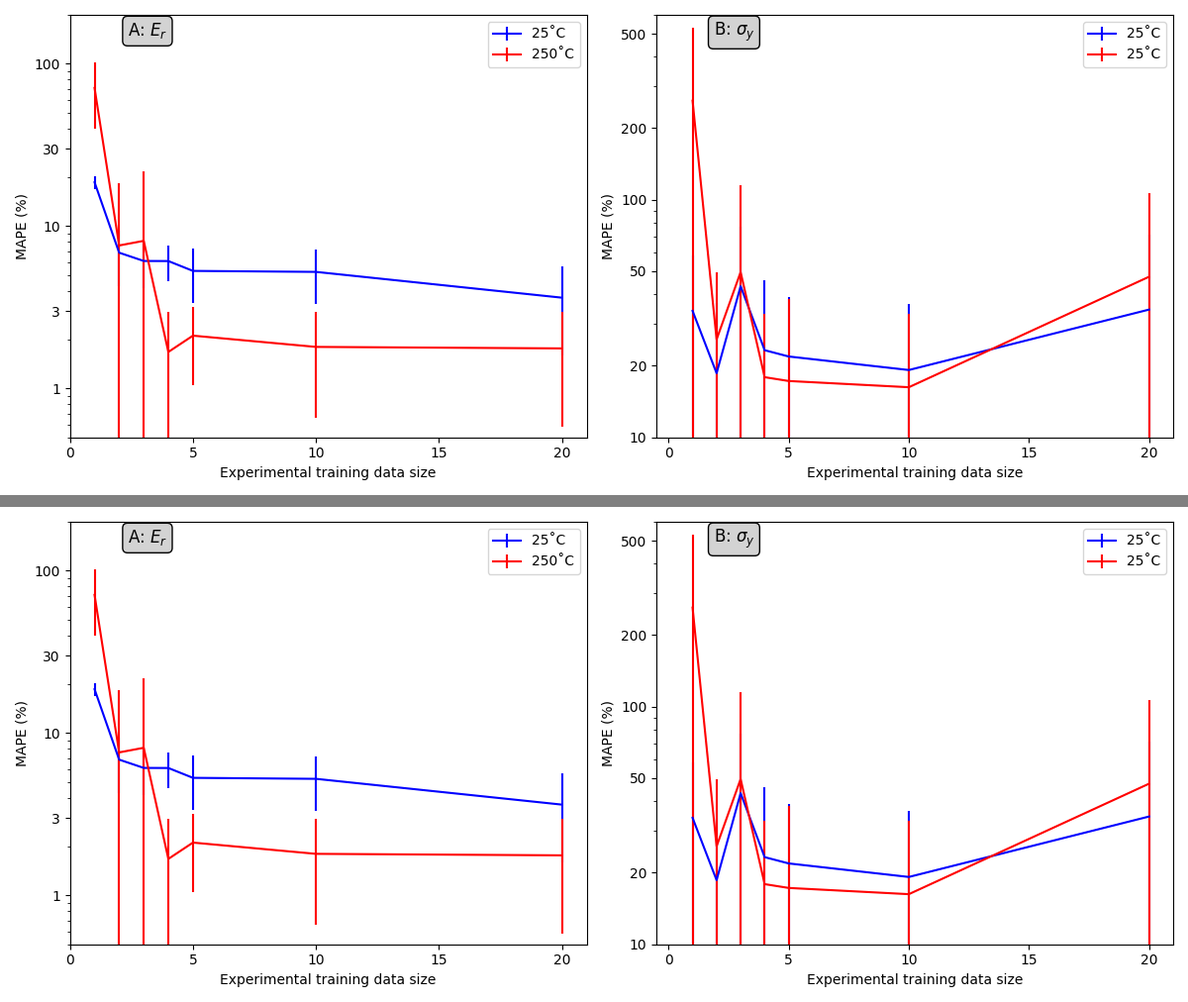
Repository: JoeSpencer1/temperature-dependant
Script's output: python src/figures.py
An editor plug-in stored every save of this project. The script's output is shown before and after the next save, followed by the edit.
The pictures are shown at 99% of full size.
Each picture stacks the figures in order, with grey between them; figures that are only written to a file come last. Random numbers start from a fixed seed.

Above is the script's output before, as saved 2023-10-29 15:25:11.

### src/figures.py
import matplotlib.pyplot as plt

n = [1, 2, 3, 4, 5, 10, 20]
n1 = n
# 25˚C
Ti25E = [18.619205, 6.8593493, 6.0983825, 6.091887, 5.298505, 5.2244196, 3.6239312]
εTi25E = [1.6743975, 2.5646875, 1.9379541, 1.4813129, 1.9537387, 1.9212662, 2.01604]
Ti25σ = [34.068943, 18.617916, 43.272, 23.271488, 21.895184, 19.204937, 34.49958]
εTi25σ = [24.325975, 18.127224, 33.714092, 22.803173, 17.10482, 17.321714, 36.6192]
# 250˚C
Ti250E = [70.95709, 7.5985556, 8.114405, 1.6784289, 2.1151547, 1.8030748, 1.7651669]
εTi250E = [31.052818, 10.786752, 13.492649, 1.3040054, 1.0622171, 1.1414853, 1.182222]
Ti250σ = [261.21823, 25.825928, 49.60928, 17.916042, 17.266216, 16.254345, 47.430775]
εTi250σ = [270.2345, 23.495884, 65.91791, 15.266485, 21.114838, 16.953184, 59.20635]
# 500˚C/250˚C
Ti500E = [46.683464, 38.522774, 24.701038, 22.080563, 22.1474, 21.659185, 16.620623]
εTi500E = [6.765701, 10.513843, 11.301726, 10.384357, 9.72246, 11.2682905, 11.029994]
Ti500σ = [84.67531, 105.72215, 45.78838, 69.46997, 60.99529, 55.9422, 49.83204]
εTi500σ = [46.46603, 74.18298, 39.670254, 57.913757, 35.607227, 45.5547, 38.628445]
# 25˚C/250˚C
Ti25250E = [41.319565, 34.81656, 33.59124, 31.09554, 33.010456, 32.823563, 40.46569]
εTi25250E = [1.6541697, 6.365257, 4.6176863, 2.6873071, 3.4111104, 2.5400345, 8.93229]
Ti25250σ = [168.42062, 67.375565, 123.53137, 152.6323, 187.2847, 97.121, 52.3555]
εTi25250σ = [240.32188, 32.01899, 141.78886, 136.91542, 330.77194, 63.82302, 58.671406]

fig, (ax1, ax2) = plt.subplots(1, 2, figsize=(12, 5))
ax1.errorbar(n, Ti25E, yerr = εTi25E, color = 'blue', label = "25˚C")
ax1.errorbar(n, Ti250E, yerr = εTi250E, color = 'red', label = "250˚C")
ax1.set_yscale('log')
ax1.set_ylim([0.5, 200])
ax1.set_xlim([0, 21])
ax1.set_xticks([0, 5, 10, 15, 20])
ax1.set_yticks([1, 3, 10, 30, 100])
ax1.set_yticklabels([1, 3, 10, 30, 100])
ax1.legend()
ax1.set_ylabel("MAPE (%)")
ax1.set_xlabel("Experimental training data size")
ax1.annotate("A: $E_{r}$", xy=(0.15, 0.95), xycoords="axes fraction",
              fontsize=12, ha="center",
              bbox=dict(boxstyle="round,pad=0.3", edgecolor="black", facecolor="lightgray"))

ax2.errorbar(n1, Ti25σ, yerr = εTi25σ, color = 'blue', label = "25˚C")
ax2.errorbar(n1, Ti250σ, yerr = εTi250σ, color = 'red', label = "25˚C")
ax2.set_yscale('log')
ax2.set_ylim([10, 600])
ax2.set_xlim([-0.5, 21])
ax2.set_xticks([0, 5, 10, 15, 20])
ax2.set_yticks([10, 20, 50, 100, 200, 500])
ax2.set_yticklabels([10, 20, 50, 100, 200, 500])
ax2.legend()
ax2.set_ylabel("MAPE (%)")
ax2.set_xlabel("Experimental training data size")
plt.subplots_adjust(bottom=0.180)
fig.tight_layout()
ax2.annotate("B: $\sigma_{y}$", xy=(0.15, 0.95), xycoords="axes fraction",
              fontsize=12, ha="center",
              bbox=dict(boxstyle="round,pad=0.3", edgecolor="black", facecolor="lightgray"))
plt.savefig("/Users/Joe/Desktop/figure1.jpeg", dpi=800, bbox_inches="tight")
plt.show()


fig, (ax1, ax2) = plt.subplots(1, 2, figsize=(12, 5))
ax1.errorbar(n, Ti25E, yerr = εTi25E, color = 'blue', label = "25˚C")
ax1.errorbar(n, Ti250E, yerr = εTi250E, color = 'red', label = "250˚C")
ax1.set_yscale('log')
ax1.set_ylim([0.5, 200])
ax1.set_xlim([0, 21])
ax1.set_xticks([0, 5, 10, 15, 20])
ax1.set_yticks([1, 3, 10, 30, 100])
ax1.set_yticklabels([1, 3, 10, 30, 100])
ax1.legend()
ax1.set_ylabel("MAPE (%)")
ax1.set_xlabel("Experimental training data size")
ax1.annotate("A: $E_{r}$", xy=(0.15, 0.95), xycoords="axes fraction",
              fontsize=12, ha="center",
              bbox=dict(boxstyle="round,pad=0.3", edgecolor="black", facecolor="lightgray"))

ax2.errorbar(n1, Ti25σ, yerr = εTi25σ, color = 'blue', label = "25˚C")
ax2.errorbar(n1, Ti250σ, yerr = εTi250σ, color = 'red', label = "25˚C")
ax2.set_yscale('log')
ax2.set_ylim([10, 600])
ax2.set_xlim([-0.5, 21])
ax2.set_xticks([0, 5, 10, 15, 20])
ax2.set_yticks([10, 20, 50, 100, 200, 500])
ax2.set_yticklabels([10, 20, 50, 100, 200, 500])
ax2.legend()
ax2.set_ylabel("MAPE (%)")
ax2.set_xlabel("Experimental training data size")
plt.subplots_adjust(bottom=0.180)
fig.tight_layout()
ax2.annotate("B: $\sigma_{y}$", xy=(0.15, 0.95), xycoords="axes fraction",
              fontsize=12, ha="center",
              bbox=dict(boxstyle="round,pad=0.3", edgecolor="black", facecolor="lightgray"))
plt.savefig("/Users/Joe/Desktop/figure1.jpeg", dpi=800, bbox_inches="tight")
plt.show()

After the next save:
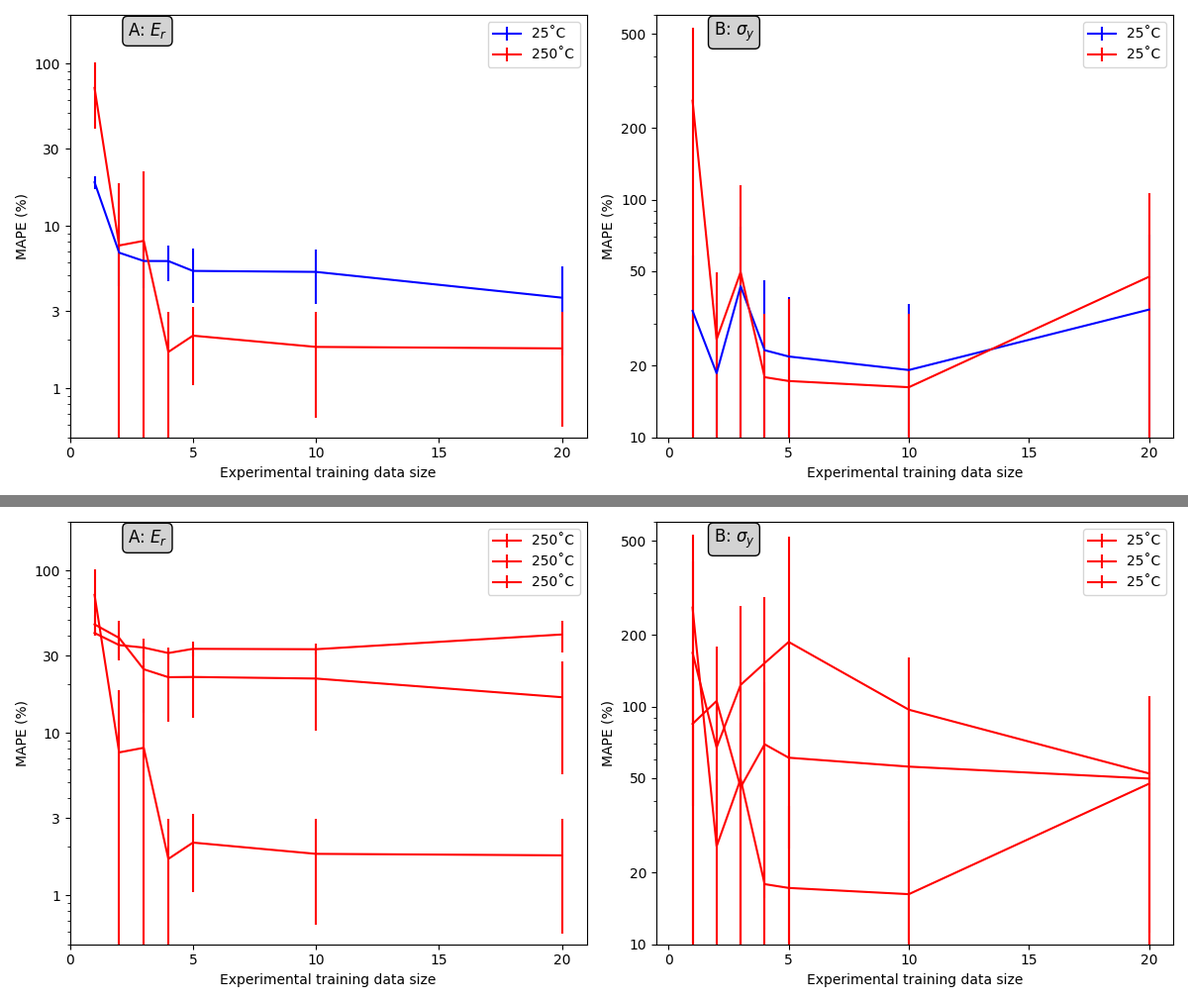
Saved 2 min 36 s later.
--- a/src/figures.py
+++ b/src/figures.py
@@ -60,8 +60,9 @@ plt.show()
 
 
 fig, (ax1, ax2) = plt.subplots(1, 2, figsize=(12, 5))
-ax1.errorbar(n, Ti25E, yerr = εTi25E, color = 'blue', label = "25˚C")
 ax1.errorbar(n, Ti250E, yerr = εTi250E, color = 'red', label = "250˚C")
+ax1.errorbar(n, Ti25250E, yerr = εTi25250E, color = 'red', label = "250˚C")
+ax1.errorbar(n, Ti500E, yerr = εTi500E, color = 'red', label = "250˚C")
 ax1.set_yscale('log')
 ax1.set_ylim([0.5, 200])
 ax1.set_xlim([0, 21])
@@ -75,8 +76,9 @@ ax1.annotate("A: $E_{r}$", xy=(0.15, 0.95), xycoords="axes fraction",
               fontsize=12, ha="center",
               bbox=dict(boxstyle="round,pad=0.3", edgecolor="black", facecolor="lightgray"))
 
-ax2.errorbar(n1, Ti25σ, yerr = εTi25σ, color = 'blue', label = "25˚C")
 ax2.errorbar(n1, Ti250σ, yerr = εTi250σ, color = 'red', label = "25˚C")
+ax2.errorbar(n1, Ti25250σ, yerr = εTi25250σ, color = 'red', label = "25˚C")
+ax2.errorbar(n1, Ti500σ, yerr = εTi500σ, color = 'red', label = "25˚C")
 ax2.set_yscale('log')
 ax2.set_ylim([10, 600])
 ax2.set_xlim([-0.5, 21])
